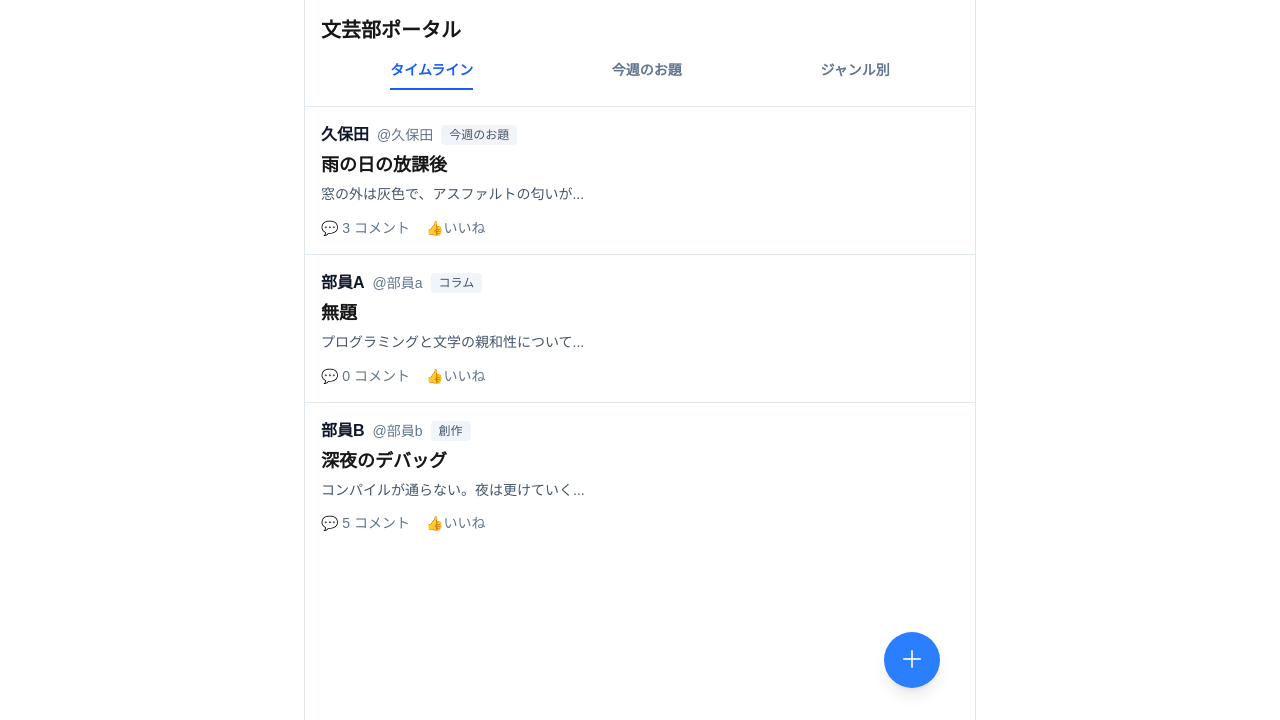
Repository: P-man2976/Literary-club-app
Page: /
An editor plug-in stored every save of this project. The page is shown before and after the next save, followed by the edit.
The browser window is 1280 px wide. The pictures show the whole page.
The project was rebuilt for these pictures with package versions that can differ from the ones it lists, and the page was loaded fresh each time. The framework's server and built-in components were replaced by stand-ins that run in the browser. Also part of the build but not shown: next.config.ts.

Above is the page before, as saved 2026-01-31 11:08:23.

### app/page.tsx
export default function Home() {
  // 仮の投稿データ（後でデータベースと繋ぎます）
  const posts = [
    { id: 1, author: "久保田", title: "雨の日の放課後", body: "窓の外は灰色で、アスファルトの匂いが...", comments: 3, tag: "今週のお題" },
    { id: 2, author: "部員A", title: "無題", body: "プログラミングと文学の親和性について...", comments: 0, tag: "コラム" },
    { id: 3, author: "部員B", title: "深夜のデバッグ", body: "コンパイルが通らない。夜は更けていく...", comments: 5, tag: "創作" },
  ];

  return (
    <main className="min-h-screen bg-white max-w-2xl mx-auto border-x border-slate-200">
      {/* ヘッダー */}
      <header className="sticky top-0 bg-white/80 backdrop-blur-md border-b border-slate-200 p-4">
        <h1 className="text-xl font-bold">文芸部ポータル</h1>
        {/* タブ切り替え（Twitter風） */}
        <div className="flex mt-4 justify-around text-sm font-bold text-slate-500">
          <div className="text-blue-600 border-b-2 border-blue-600 pb-2 cursor-pointer">タイムライン</div>
          <div className="hover:text-slate-900 cursor-pointer">今週のお題</div>
          <div className="hover:text-slate-900 cursor-pointer">ジャンル別</div>
        </div>
      </header>

      {/* 投稿一覧（タイムライン） */}
      <div className="divide-y divide-slate-200">
        {posts.map((post) => (
          <article key={post.id} className="p-4 hover:bg-slate-50 transition cursor-pointer">
            <div className="flex items-center gap-2 mb-1">
              <span className="font-bold text-slate-900">{post.author}</span>
              <span className="text-sm text-slate-500">@{post.author.toLowerCase()}</span>
              <span className="text-xs bg-slate-100 px-2 py-0.5 rounded text-slate-600">{post.tag}</span>
            </div>
            <h2 className="text-lg font-bold mb-1">{post.title}</h2>
            <p className="text-slate-600 line-clamp-3 text-sm leading-relaxed">
              {post.body}
            </p>
            <div className="mt-3 text-sm text-slate-500 flex gap-4">
              <span>💬 {post.comments} コメント</span>
              <span>👍いいね</span>
            </div>
          </article>
        ))}
      </div>

      {/* 投稿ボタン（右下に固定） */}
      <button className="fixed bottom-8 right-[calc(50%-300px)] w-14 h-14 bg-blue-500 text-white rounded-full shadow-lg flex items-center justify-center text-2xl hover:bg-blue-600">
        ＋
      </button>
    </main>
  );
}

Loaded but not shown: app/layout.tsx (common file); app/globals.css (common file)

After the next save:
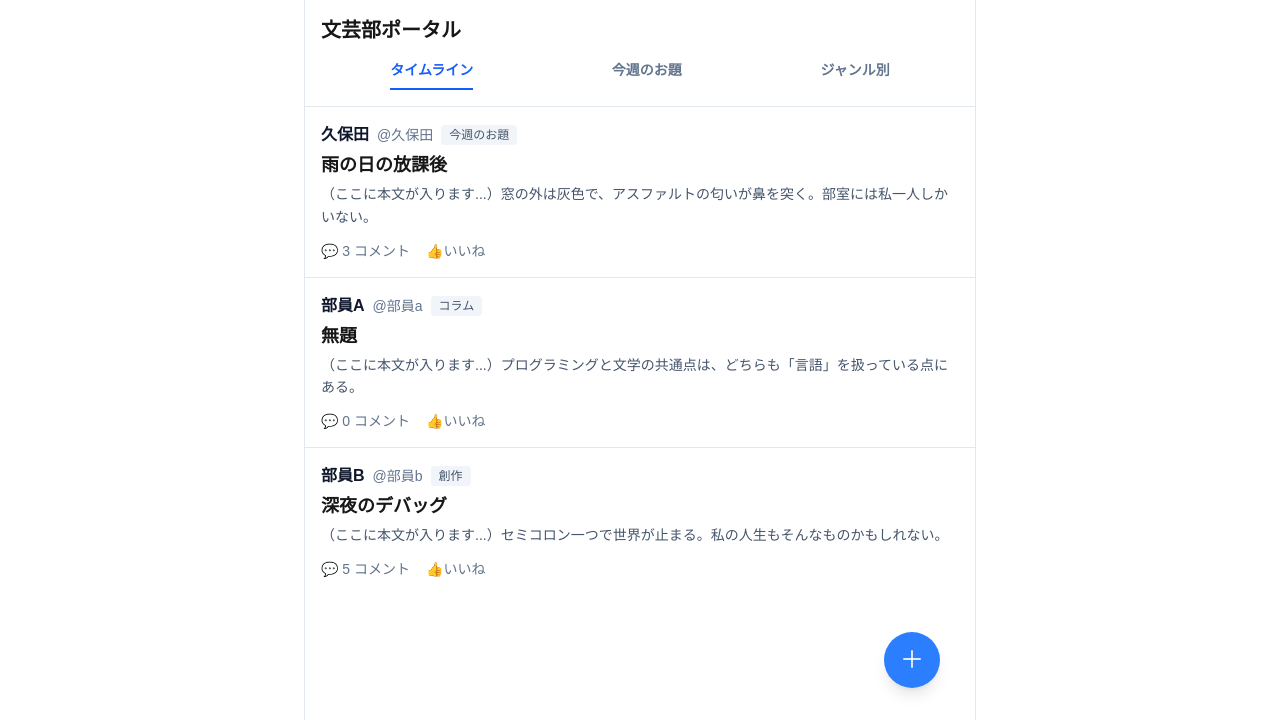
Saved 9 s later.
--- a/app/page.tsx
+++ b/app/page.tsx
@@ -1,9 +1,9 @@
 export default function Home() {
   // 仮の投稿データ（後でデータベースと繋ぎます）
   const posts = [
-    { id: 1, author: "久保田", title: "雨の日の放課後", body: "窓の外は灰色で、アスファルトの匂いが...", comments: 3, tag: "今週のお題" },
-    { id: 2, author: "部員A", title: "無題", body: "プログラミングと文学の親和性について...", comments: 0, tag: "コラム" },
-    { id: 3, author: "部員B", title: "深夜のデバッグ", body: "コンパイルが通らない。夜は更けていく...", comments: 5, tag: "創作" },
+    { id: 1, author: "久保田", title: "雨の日の放課後", body: "（ここに本文が入ります...）窓の外は灰色で、アスファルトの匂いが鼻を突く。部室には私一人しかいない。", comments: 3, tag: "今週のお題" },
+    { id: 2, author: "部員A", title: "無題", body: "（ここに本文が入ります...）プログラミングと文学の共通点は、どちらも「言語」を扱っている点にある。", comments: 0, tag: "コラム" },
+    { id: 3, author: "部員B", title: "深夜のデバッグ", body: "（ここに本文が入ります...）セミコロン一つで世界が止まる。私の人生もそんなものかもしれない。", comments: 5, tag: "創作" },
   ];
 
   return (
